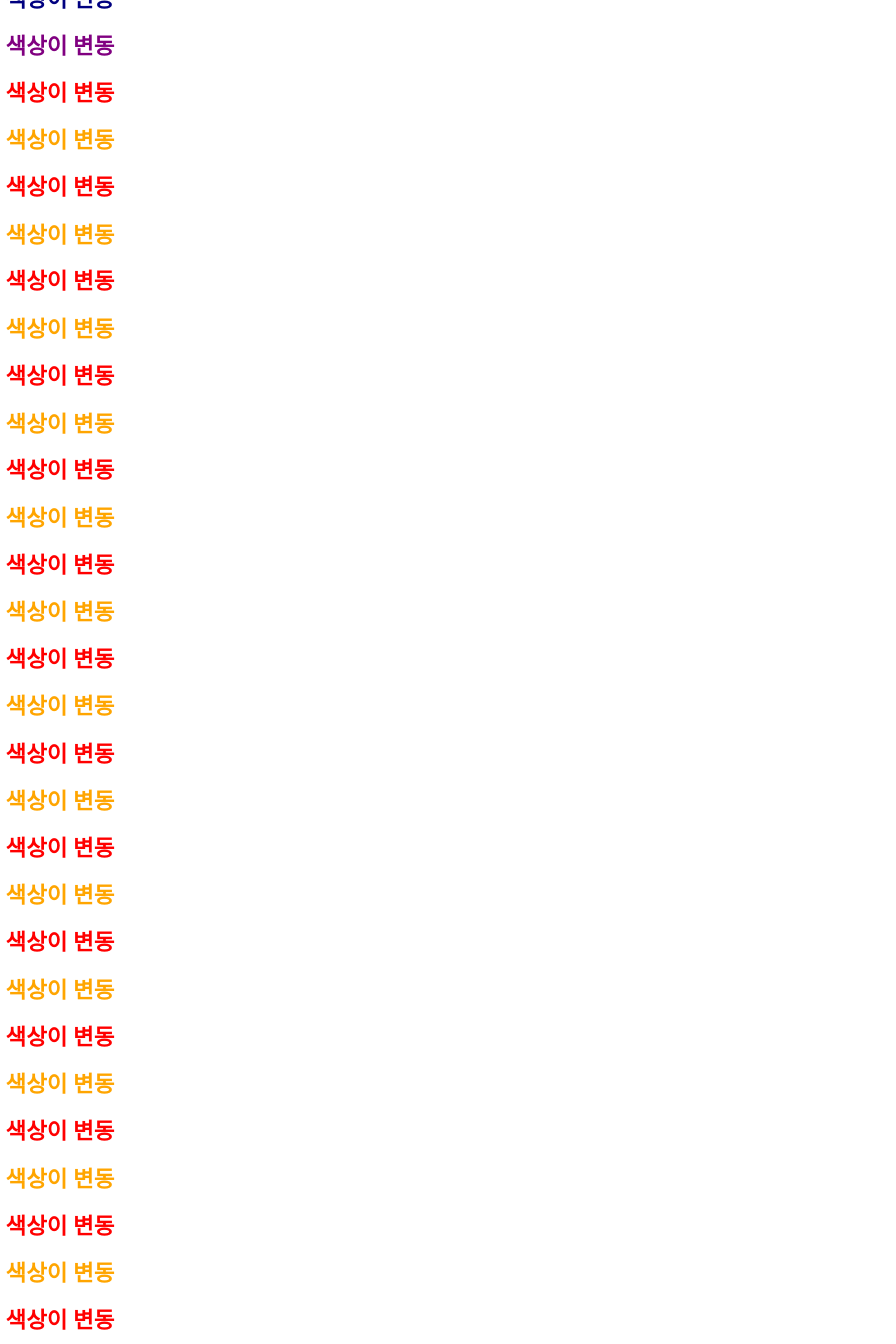
Repository: MySunTY/JSP
Page: http://localhost/JSP07/color.jsp
These files come from the project's save history. The page is drawn as it stood at one moment and after the next save; the edit follows.
The browser window is 1280 px wide. The pictures show the part of the page from y = 859 to 2779 px (the page is 4337 px tall), at 70% of full size.
The page is served by Tomcat 9.

Above is the page before, as saved 2024-05-16 02:31:24.

After the next save:
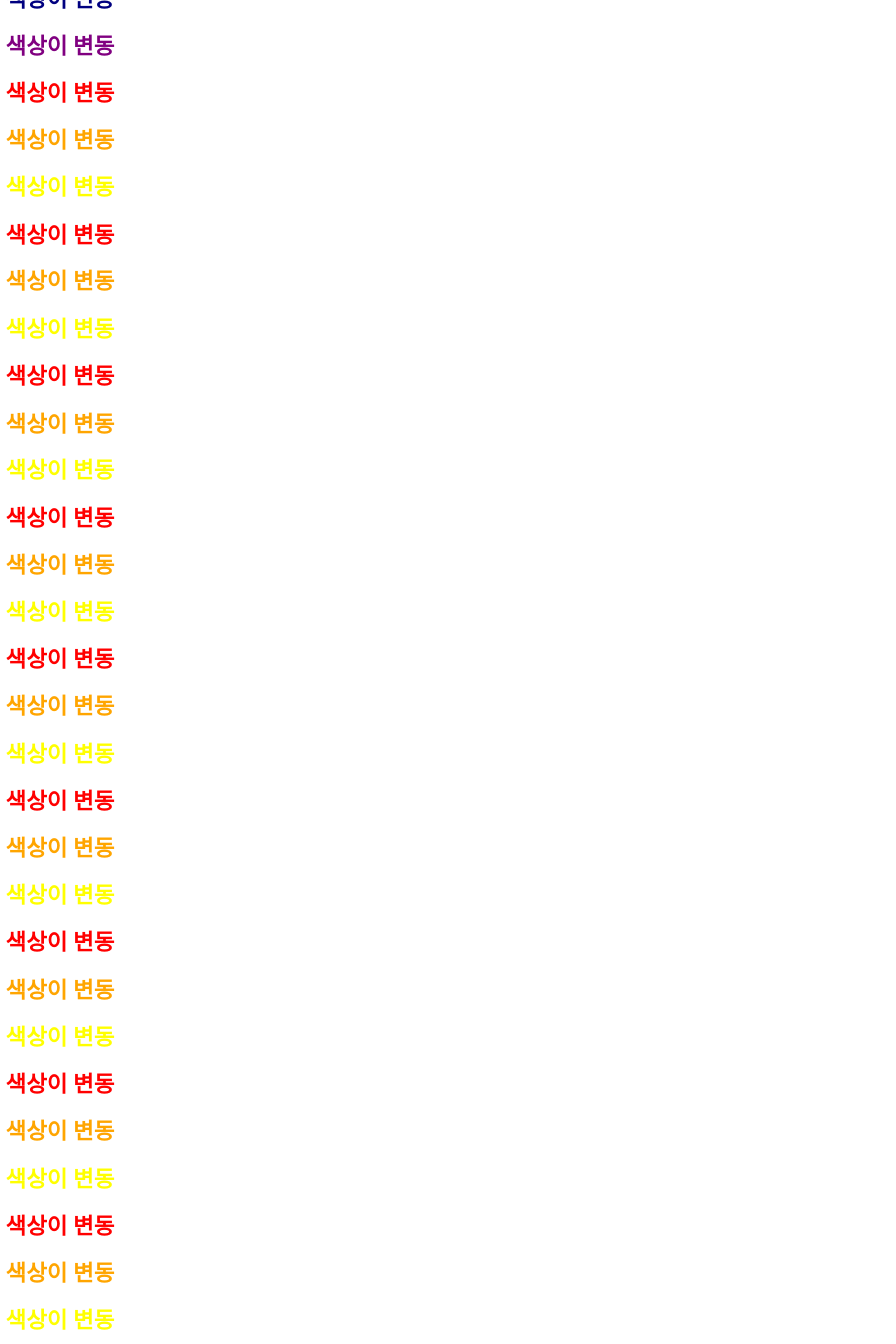
Saved 9 s later.
--- a/JSP07/src/main/webapp/color.jsp
+++ b/JSP07/src/main/webapp/color.jsp
@@ -65,7 +65,7 @@
 		<%
 			String color = "";
 			for(int i=0; i<50; i++){
-				switch(i%2){
+				switch(i%3){
 				case 0 : color= "red"; break;
 				case 1 : color = "orange"; break;
 				case 2 : color = "yellow"; break;
